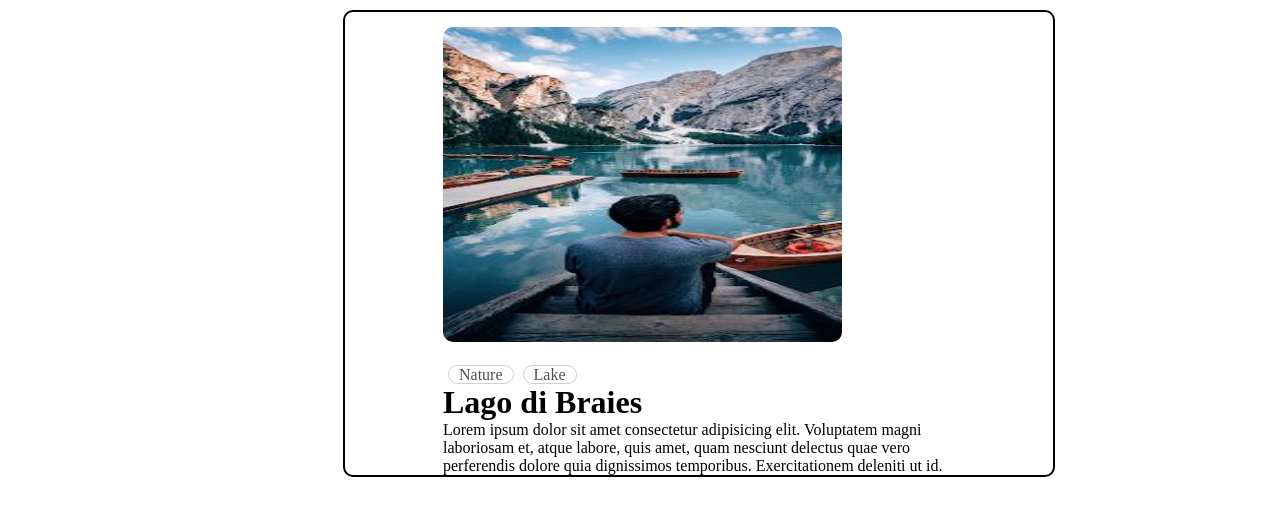
Repository: diensy/Web_dev
Page: Css/Exercise/exercise-2/index.html
The author's editor kept a copy of each file at every save. The page is drawn from the files as they stood at one save, then again after the next save.
The browser window is 1280 px wide. The pictures show the whole page.

Above is the page before, as saved 2024-05-27 21:39:33.

After the next save:
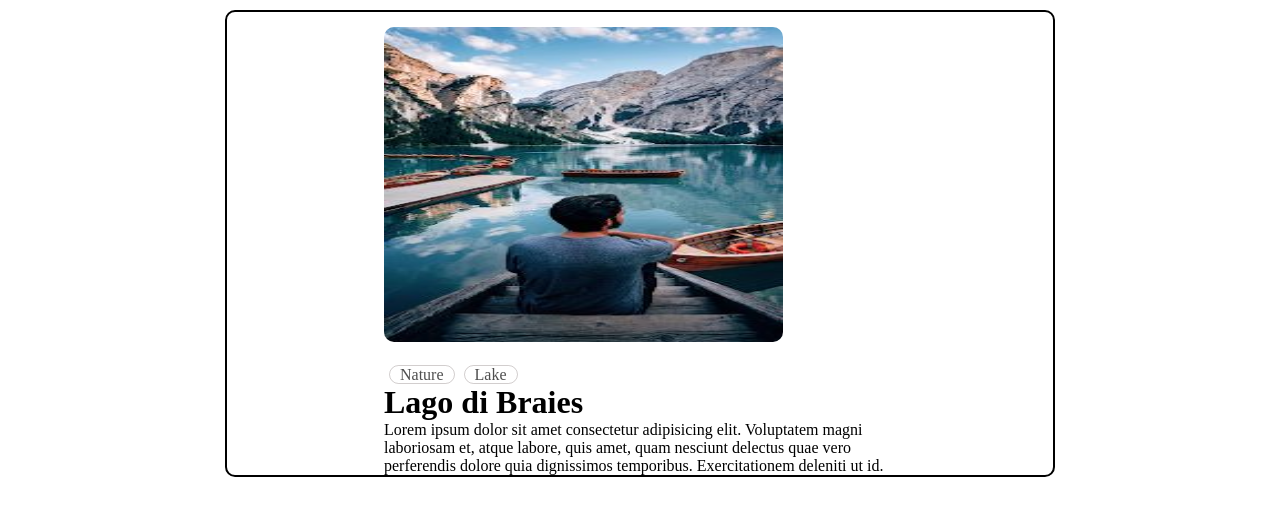
Saved 21 s later.
--- a/Css/Exercise/exercise-2/index.css
+++ b/Css/Exercise/exercise-2/index.css
@@ -7,7 +7,7 @@
   border-radius: 10px;
   display: grid;
   justify-content: center;
-margin: 10px 225px 18px 343px
+margin: 10px 225px 18px 225px
 }
 .image {
   margin-top: 15px;

After the 2 saves that followed:
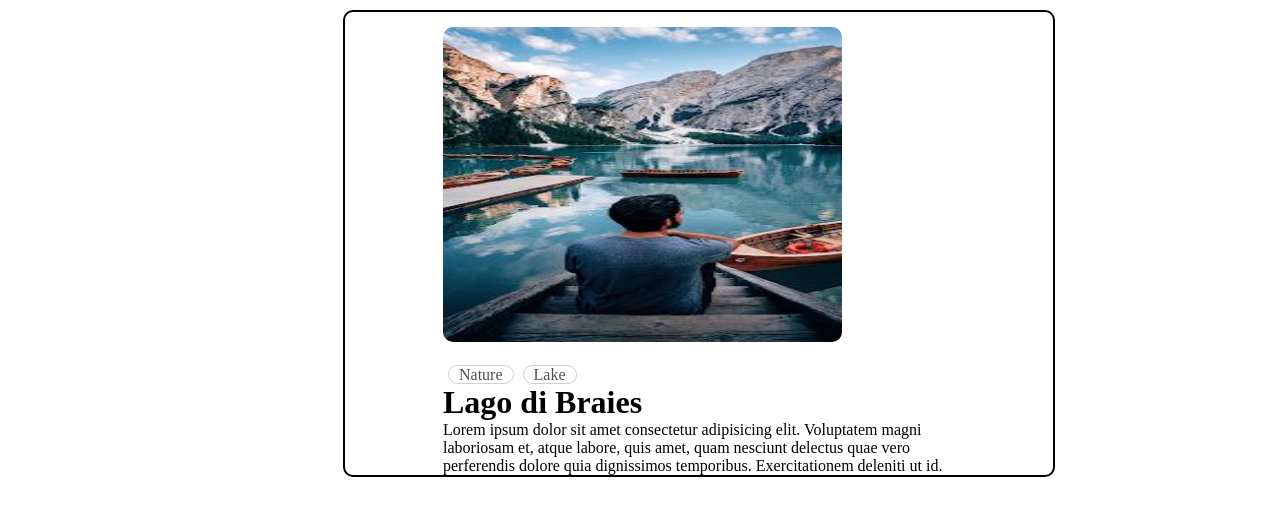
The 2 saves are shown as one change because they came seconds apart.
The last was saved 20 s later.
--- a/Css/Exercise/exercise-2/index.css
+++ b/Css/Exercise/exercise-2/index.css
@@ -7,7 +7,7 @@
   border-radius: 10px;
   display: grid;
   justify-content: center;
-margin: 10px 225px 18px 225px
+  margin: 10px 225px 18px 343px;
 }
 .image {
   margin-top: 15px;
@@ -27,7 +27,7 @@ margin: 10px 225px 18px 225px
   margin-left: 5px;
   margin-bottom: 20px;
 }
-.content{
-    height: 100%;
-    width: 40vw;
+.content {
+  height: 100%;
+  width: 40vw;
 }
